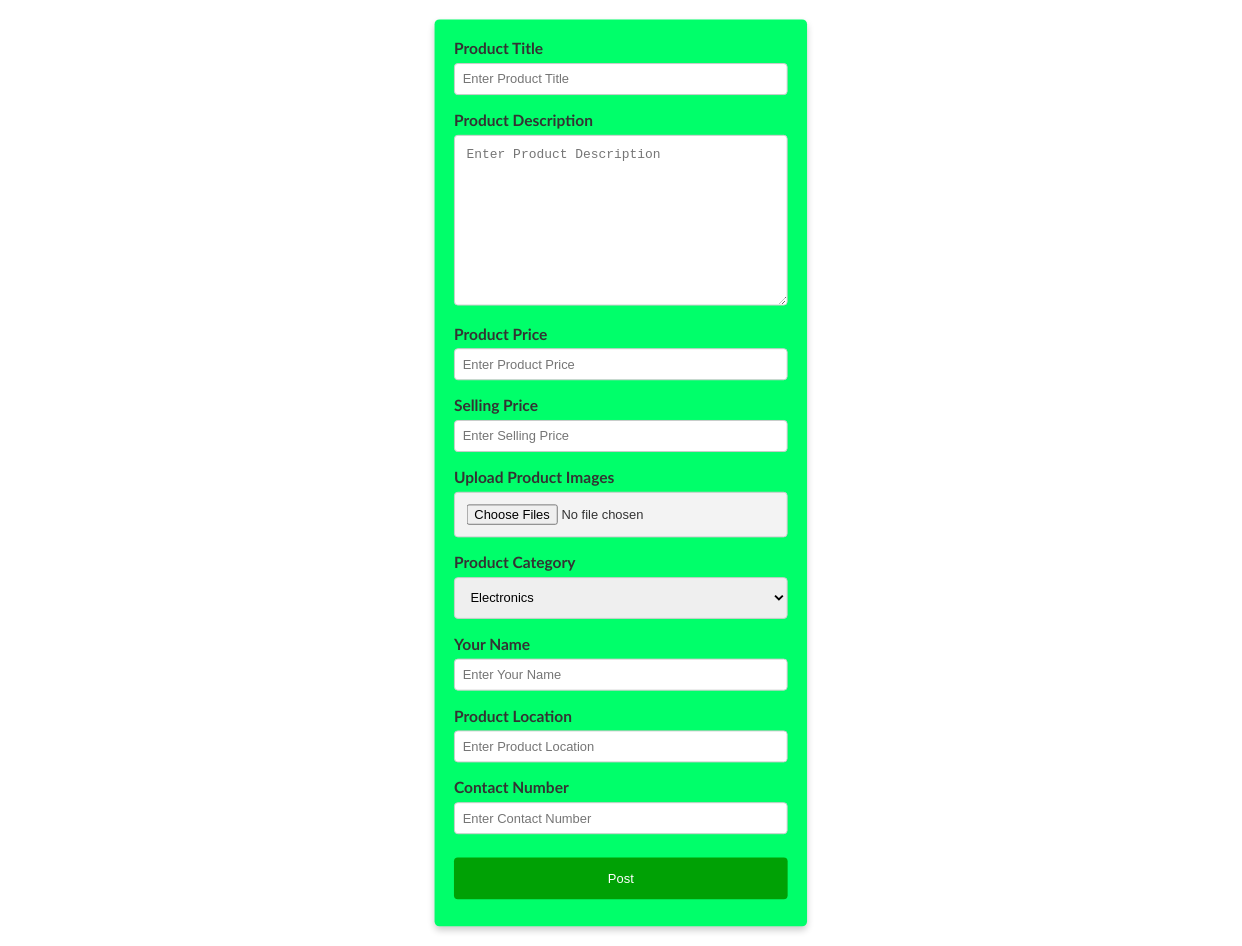
Repository: John-Prabu-A/web-dev-summer-school
Page: Session_1_Assignment/sell.html
These files come from the project's save history. The page is drawn as it stood at one moment and after the next save; the edit follows.
The browser window is 1280 px wide. The pictures show the whole page, at 97% of full size.

Above is the page before, as saved 2024-06-20 14:58:14.

After the next save:
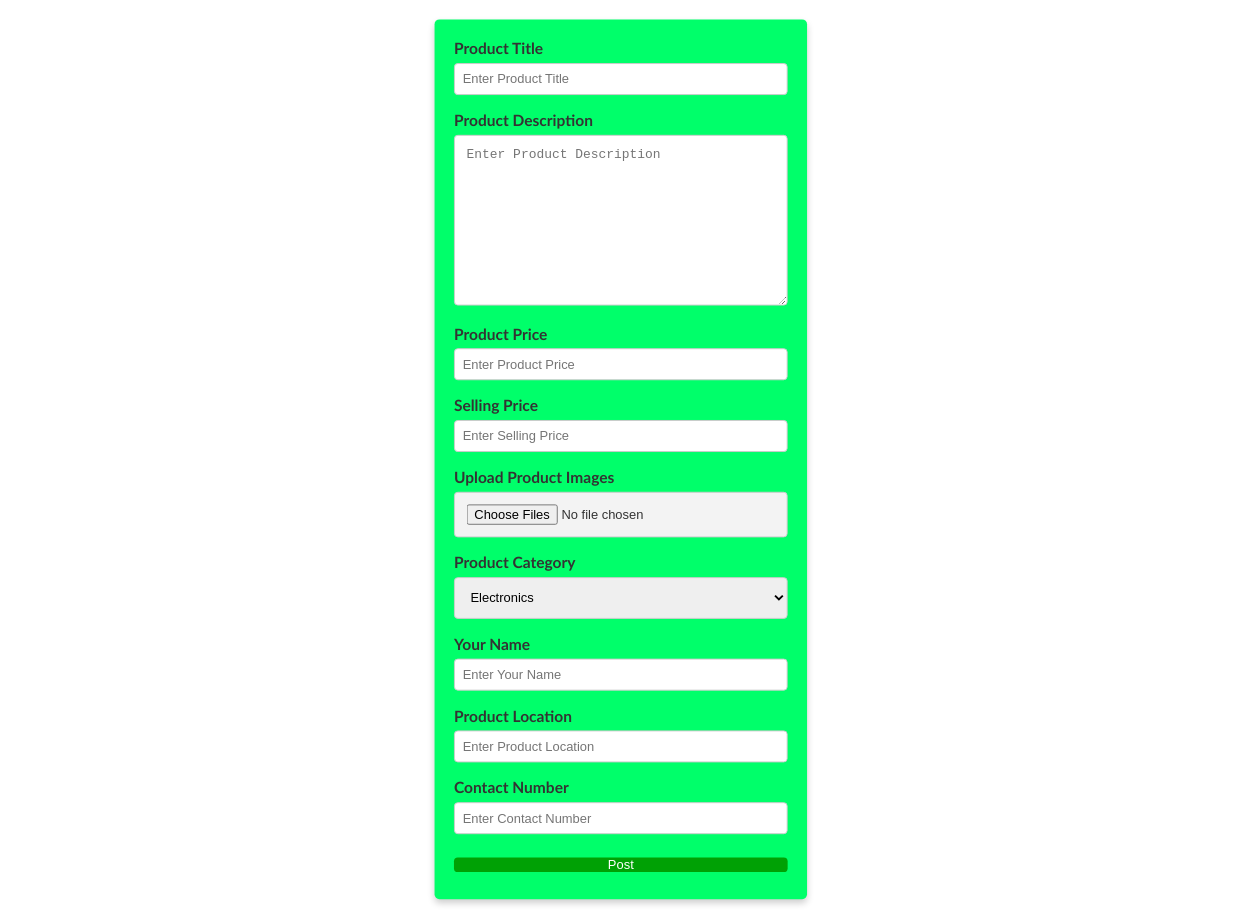
Saved 6 s later.
--- a/Session_1_Assignment/sell.html
+++ b/Session_1_Assignment/sell.html
@@ -31,7 +31,7 @@
         button {
             background-color: #00a105;
             color: white;
-            padding: 14px 20px;
+            /* padding: 14px 20px; */
             margin: 8px 0;
             border: none;
             border-radius: 4px;

After the save that followed:
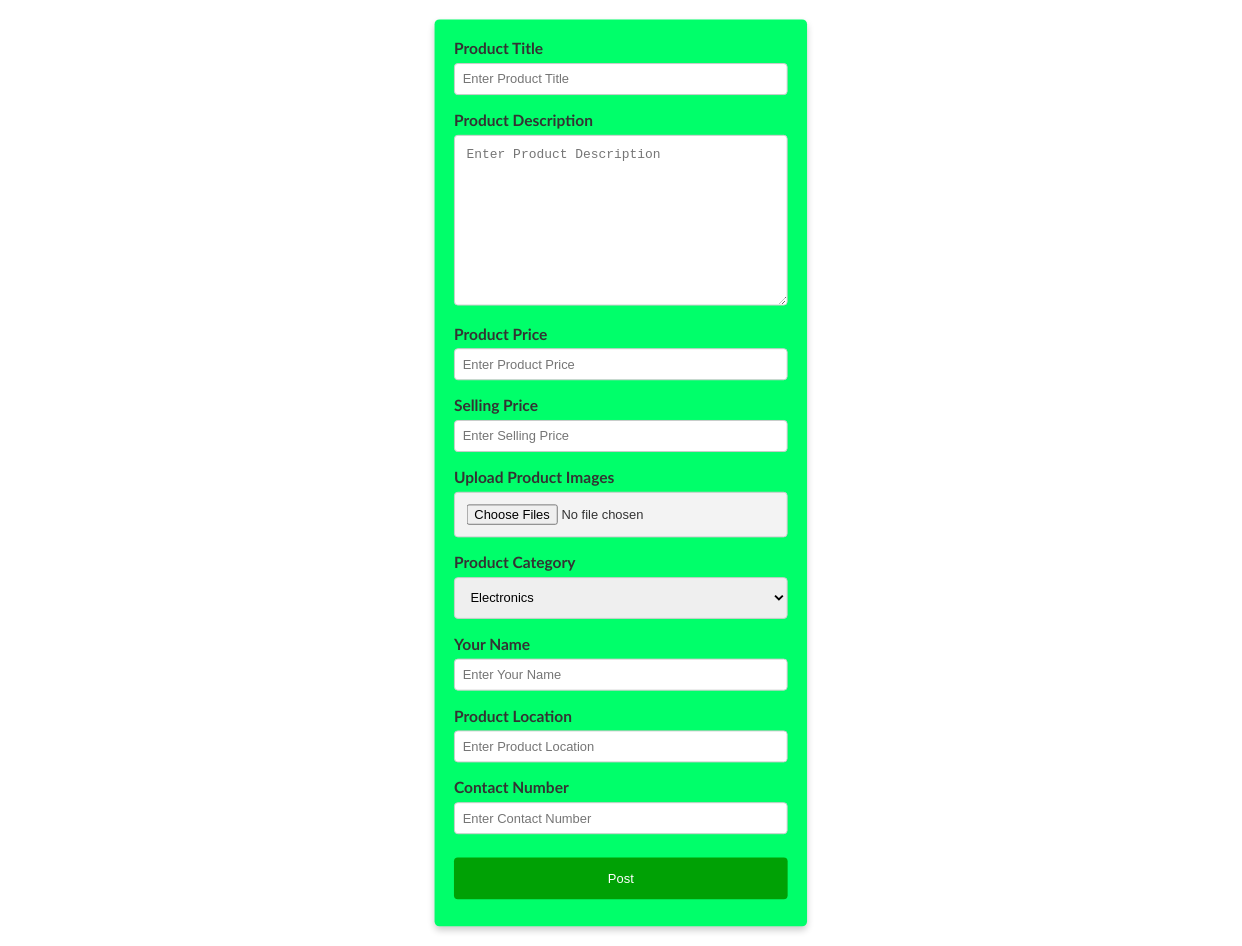
Saved 8 s later.
--- a/Session_1_Assignment/sell.html
+++ b/Session_1_Assignment/sell.html
@@ -31,7 +31,7 @@
         button {
             background-color: #00a105;
             color: white;
-            /* padding: 14px 20px; */
+            padding: 14px 20px;
             margin: 8px 0;
             border: none;
             border-radius: 4px;
